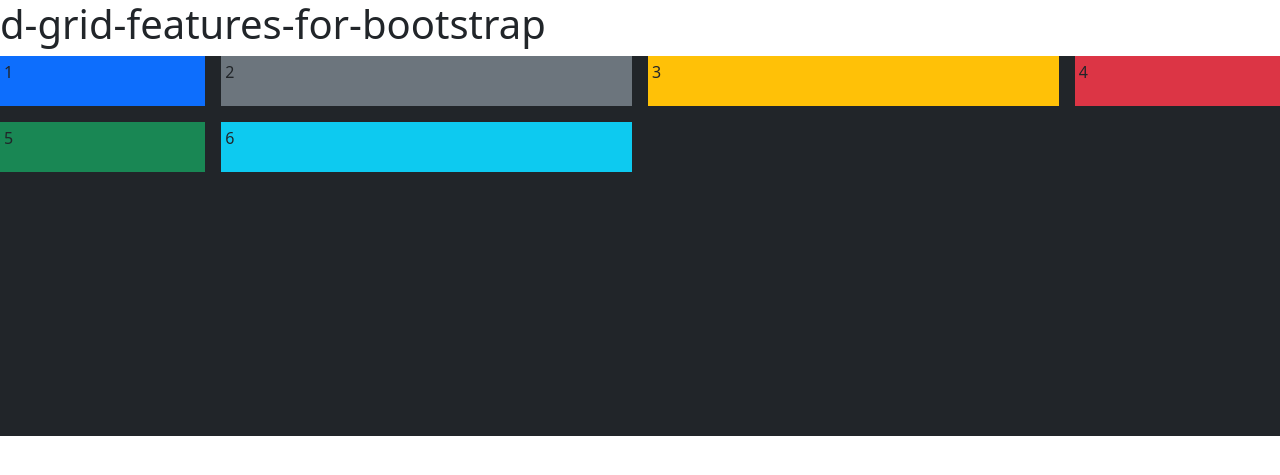
Repository: LynxPardelle/d-grid-features-for-bootstrap
Page: index.html
These files come from the project's save history. The page is drawn as it stood at one moment and after the next save; the edit follows.
The browser window is 1280 px wide. The pictures show the whole page.

Above is the page before, as saved 2021-10-20 04:48:34.

After the next save:
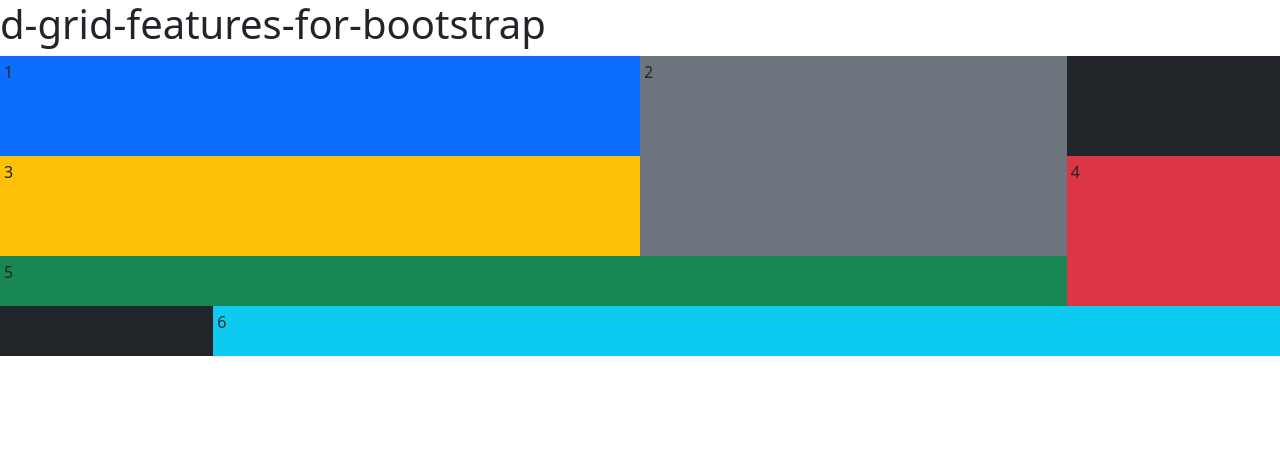
Saved 29 s later.
--- a/d-grid.js
+++ b/d-grid.js
@@ -36,7 +36,7 @@ for (let gridElement of gridElements) {
         case at.includes("rg"):
           gridElement.style.rowGap = attValue;
         break;
-        case at.includes("ga"):
+        case at.includes("gap"):
           gridElement.style.gap = attValue;
         break;
 
